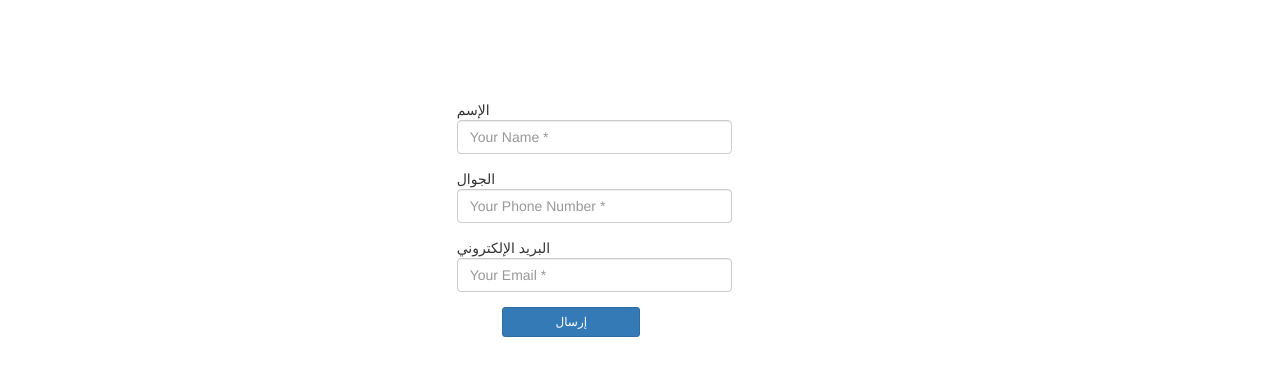
Repository: Abdaljawad-Aya/Itbeep-task
Page: http://localhost/form-user
An editor plug-in stored every save of this project. The page is shown before and after the next save, followed by the edit.
The browser window is 1280 px wide. The pictures show the whole page.
The page is served by the project's Laravel application, run on PHP 8.4 with Laravel 8.

Above is the page before, as saved 2021-03-07 17:20:36.

After the next save:
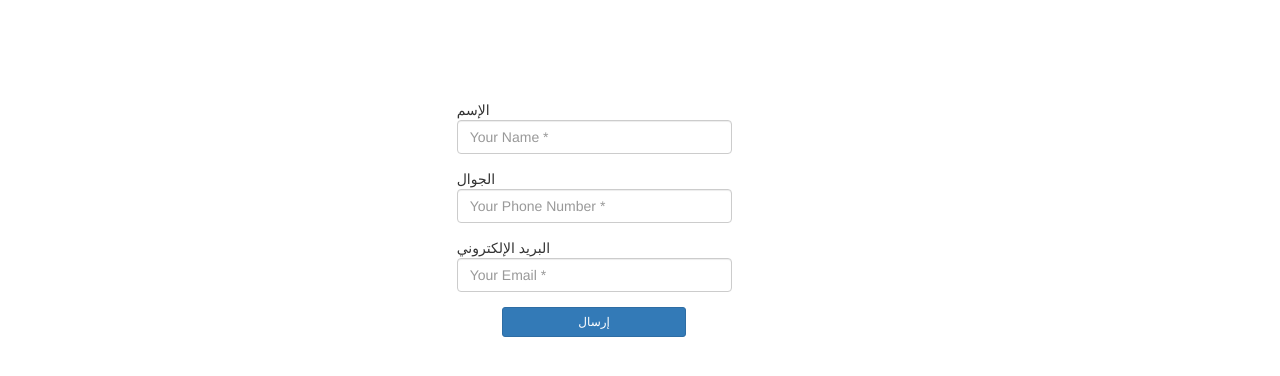
Saved 7 s later.
--- a/singlePageApp/resources/views/form-user.blade.php
+++ b/singlePageApp/resources/views/form-user.blade.php
@@ -74,7 +74,7 @@
 
         <div class="form-group">
 
-            <input type="submit" name="btnSubmit" class="btn btn-primary btn-square btn-sm col-lg-6 col-md-offset-2" value="إرسال">
+            <input type="submit" name="btnSubmit" class="btn btn-primary btn-square btn-sm col-lg-8 col-md-offset-2" value="إرسال">
         </div>
      </div>
     </form>
